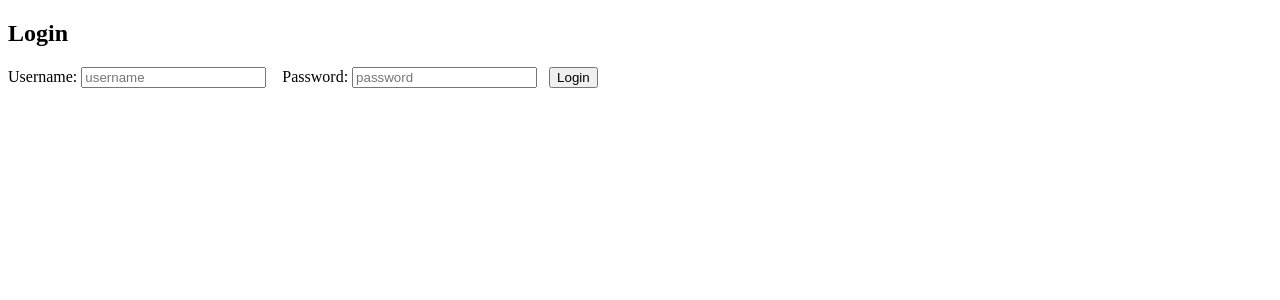
Repository: kkale14/My_allpr
Page: Kalyani1/src/main/webapp/Logintab.html
These files come from the project's save history. The page is drawn as it stood at one moment and after the next save; the edit follows.
The browser window is 1280 px wide. The pictures show the whole page.

Above is the page before, as saved 2025-03-05 08:07:32.

After the next save:
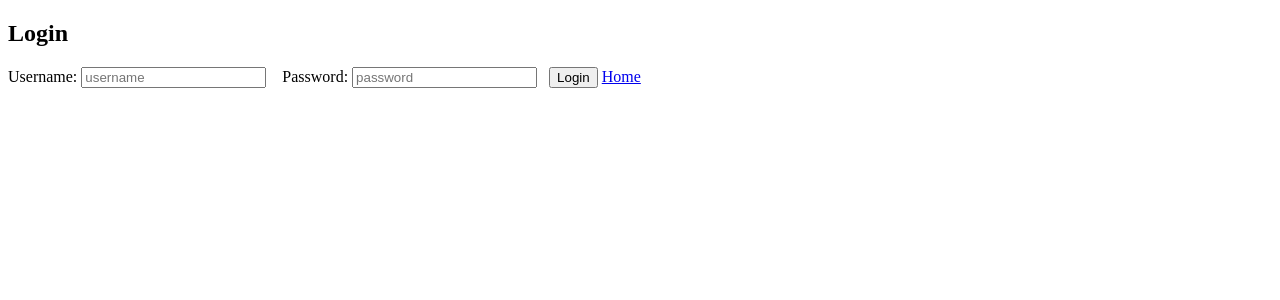
Saved 24 s later.
--- a/Kalyani1/src/main/webapp/Logintab.html
+++ b/Kalyani1/src/main/webapp/Logintab.html
@@ -27,6 +27,7 @@
             <!-- Login Button -->
             <button type="submit" >Login</button>
 
+           <a href="Home.html">Home</a>
         </form>
     </div>
 
